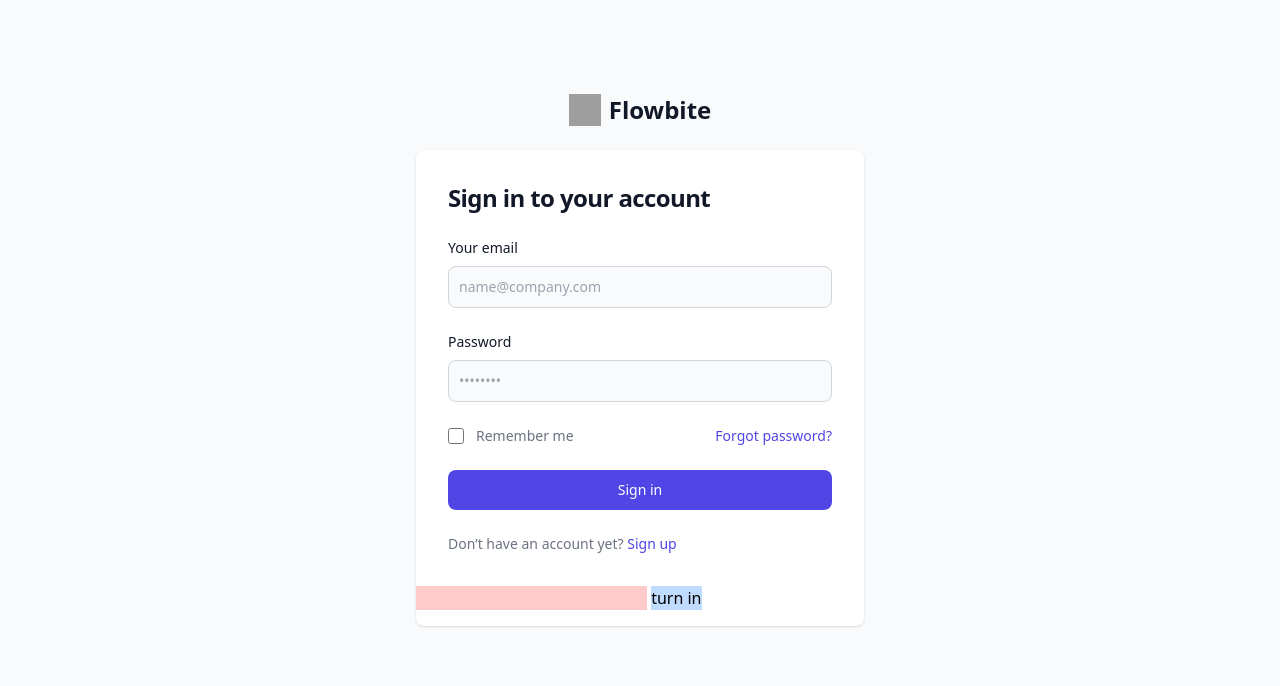
Repository: Narain-Singaram/Coreverse-SMP-Project
Page: http://localhost/account/login.php
These files come from the project's save history. The page is drawn as it stood at one moment and after a run of saves; the edit follows.
The browser window is 1280 px wide. The pictures show the whole page.
Pictures or frames that could not be fetched are drawn as grey boxes. Some web libraries are served in a nearby version. The page is run by PHP 8.4 with error messages shown; the project is at /var/www/html/. Queries for data that is not in the repository find no rows.

Above is the page before, as saved 2022-11-05 23:49:59.

### account/login.php
    <?php
        include("../configurations/configurations.php");
    ?>
    <section class="bg-gray-50">
    <div class="flex flex-col items-center justify-center px-6 py-8 mx-auto md:h-screen lg:py-0">
        <a href="#" class="flex items-center mb-6 text-2xl font-semibold text-gray-900">
            <img class="w-8 h-8 mr-2" src="https://flowbite.s3.amazonaws.com/blocks/marketing-ui/logo.svg" alt="logo">
            Flowbite
        </a>
        <div class="w-full bg-white rounded-lg shadow md:mt-0 sm:max-w-md xl:p-0">
            <div class="p-6 space-y-4 md:space-y-6 sm:p-8">
                <h1 class="text-xl font-bold leading-tight tracking-tight text-gray-900 md:text-2xl">
                    Sign in to your account
                </h1>
                <form class="space-y-4 md:space-y-6" action="#">
                    <div>
                        <label for="email" class="block mb-2 text-sm font-medium text-gray-900">Your email</label>
                        <input type="email" name="email" id="email" class="bg-gray-50 border border-gray-300 text-gray-900 sm:text-sm rounded-lg focus:ring-indigo-600 focus:border-indigo-600 block w-full p-2.5" placeholder="name@company.com" required="">
                    </div>
                    <div>
                        <label for="password" class="block mb-2 text-sm font-medium text-gray-900">Password</label>
                        <input type="password" name="password" id="password" placeholder="••••••••" class="bg-gray-50 border border-gray-300 text-gray-900 sm:text-sm rounded-lg focus:ring-indigo-600 focus:border-indigo-600 block w-full p-2.5" required="">
                    </div>
                    <div class="flex items-center justify-between">
                        <div class="flex items-start">
                            <div class="flex items-center h-5">
                                <input id="remember" aria-describedby="remember" type="checkbox" class="w-4 h-4 border border-gray-300 rounded bg-gray-50 focus:ring-3 focus:ring-indigo-300" required="">
                            </div>
                            <div class="ml-3 text-sm">
                                <label for="remember" class="text-gray-500">Remember me</label>
                            </div>
                        </div>
                        <a href="#" class="text-sm font-medium text-indigo-600 hover:underline">Forgot password?</a>
                    </div>
                    <button type="submit" class="w-full text-white bg-indigo-600 hover:bg-indigo-700 focus:ring-4 focus:outline-none focus:ring-indigo-300 font-medium rounded-lg text-sm px-5 py-2.5 text-center">Sign in</button>
                    <p class="text-sm font-light text-gray-500">
                        Don’t have an account yet? <a href="#" class="font-medium text-indigo-600 hover:underline">Sign up</a>
    <?php
        $select = mysqli_query($con, "SELECT * FROM users WHERE id=1");
        $yo = mysqli_fetch_array($select);

        $yo
    ?>
                    </p>
                </form>
            </div>
    <form action="login.php" method='POST'>
        <input class='bg-red-200' type="text" name="full_name" id="">
        <input type="submit" class='bg-blue-200' name='submit_name' value="turn in">
    </form>
        </div>
    </div>
    </section>


    <?php
        if(isset($_POST['submit_name'])) {
            $name = $_POST['full_name'];
            $name_change = mysqli_query($con,"UPDATE users SET full_name = '$name' WHERE id=1");
        }
    ?>

<script src="https://cdn.tailwindcss.com"></script>

### configurations/configurations.php
<?php
ob_start(); //Turns on output buffering
session_start();

    $timezone = date_default_timezone_set("America/New_York");
    $con = mysqli_connect("localhost", "root", "", "coreverse");

    if(mysqli_connect_errno()) {
    echo "Failed to connect: " . mysqli_connect_errno();
    }


?>

After the next 3 saves:
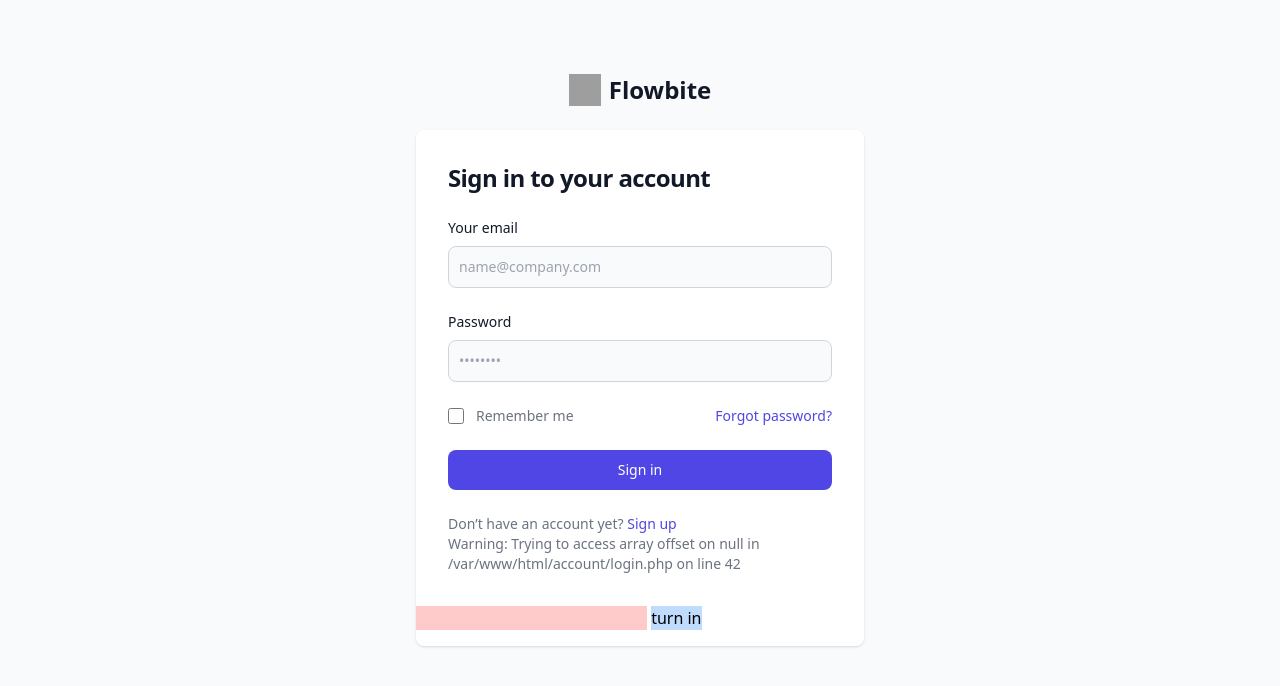
The 3 saves are shown as one change because they came seconds apart.
The last was saved 20 s later.
--- a/account/login.php
+++ b/account/login.php
@@ -39,7 +39,7 @@
         $select = mysqli_query($con, "SELECT * FROM users WHERE id=1");
         $yo = mysqli_fetch_array($select);
 
-        $yo
+        echo $yo['full_name'];
     ?>
                     </p>
                 </form>
